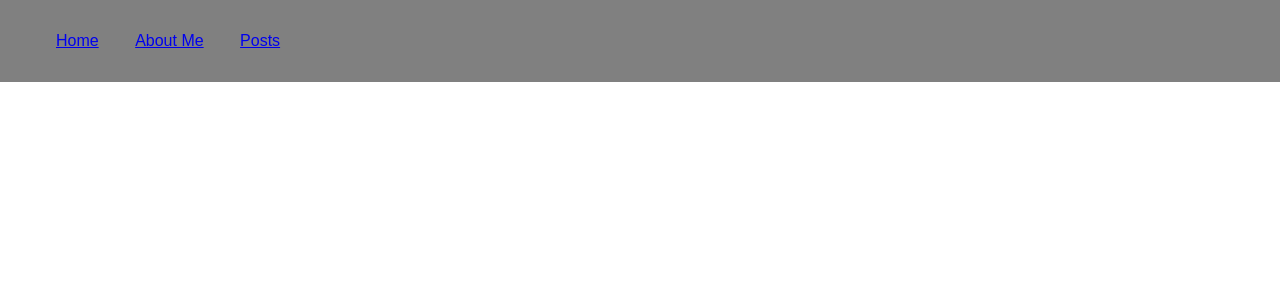
Repository: riley-martin/riley-martin.github.io
Page: posts.html
The author's editor kept a copy of each file at every save. The page is drawn from the files as they stood at one save, then again after the next save.
The browser window is 1280 px wide. The pictures show the whole page.

Above is the page before, as saved 2022-08-06 13:51:49.

After the next save:
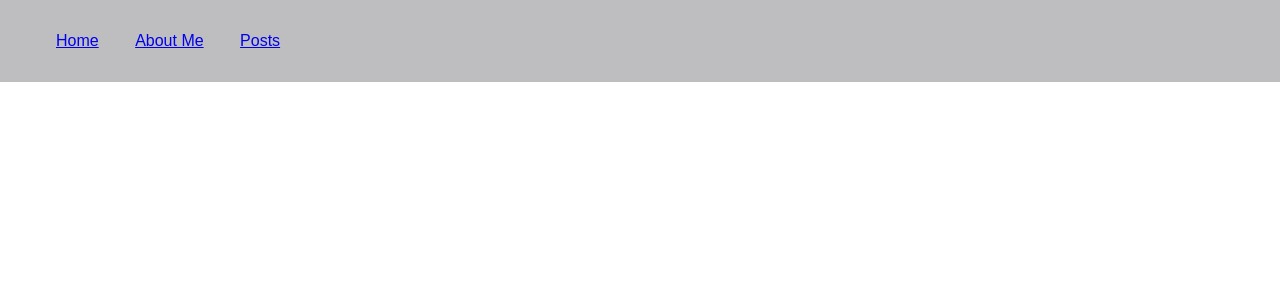
Saved 55 s later.
--- a/style.css
+++ b/style.css
@@ -8,7 +8,7 @@
 header {
     display: flex;
     flex-direction: row;
-    background-color: grey;
+    background-color: rgba(42, 42, 49, 0.3);
     backdrop-filter: blur(8px);
     -webkit-backdrop-filter: blur(8px);
 }
